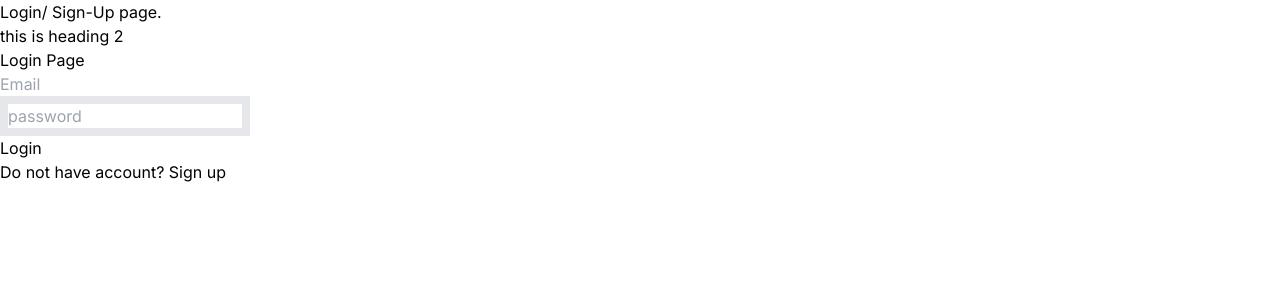
Repository: its-kundan/food-on-time
Page: /restaurant
An editor plug-in stored every save of this project. The page is shown before and after a run of saves, followed by the edit.
The browser window is 1280 px wide. The pictures show the whole page.
The project was rebuilt for these pictures with package versions that can differ from the ones it lists, and the page was loaded fresh each time. The framework's server and built-in components were replaced by stand-ins that run in the browser. Also part of the build but not shown: next.config.mjs, src/app/_components/SignUp.jsx.

Above is the page before, as saved 2024-07-24 19:46:21.

After the next 2 saves:
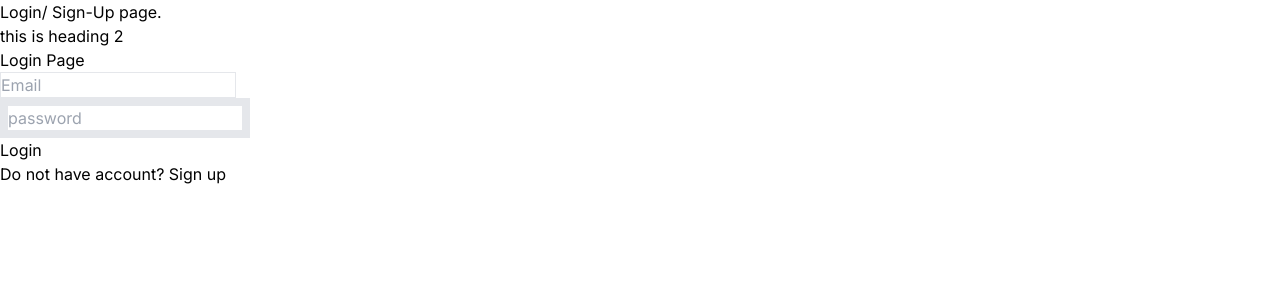
The 2 saves are shown as one change because they came seconds apart.
The last was saved 14 s later.
--- a/src/app/_components/Login.jsx
+++ b/src/app/_components/Login.jsx
@@ -7,7 +7,7 @@ function Login() {
 
 
         <h3> Login  Page</h3>
-        <input className='border-3 ' type="email" placeholder="Email" />
+        <input className='border ' type="email" placeholder="Email" />
         <br />
         <input className='border-8' type="password" placeholder="password" />
         <br />
